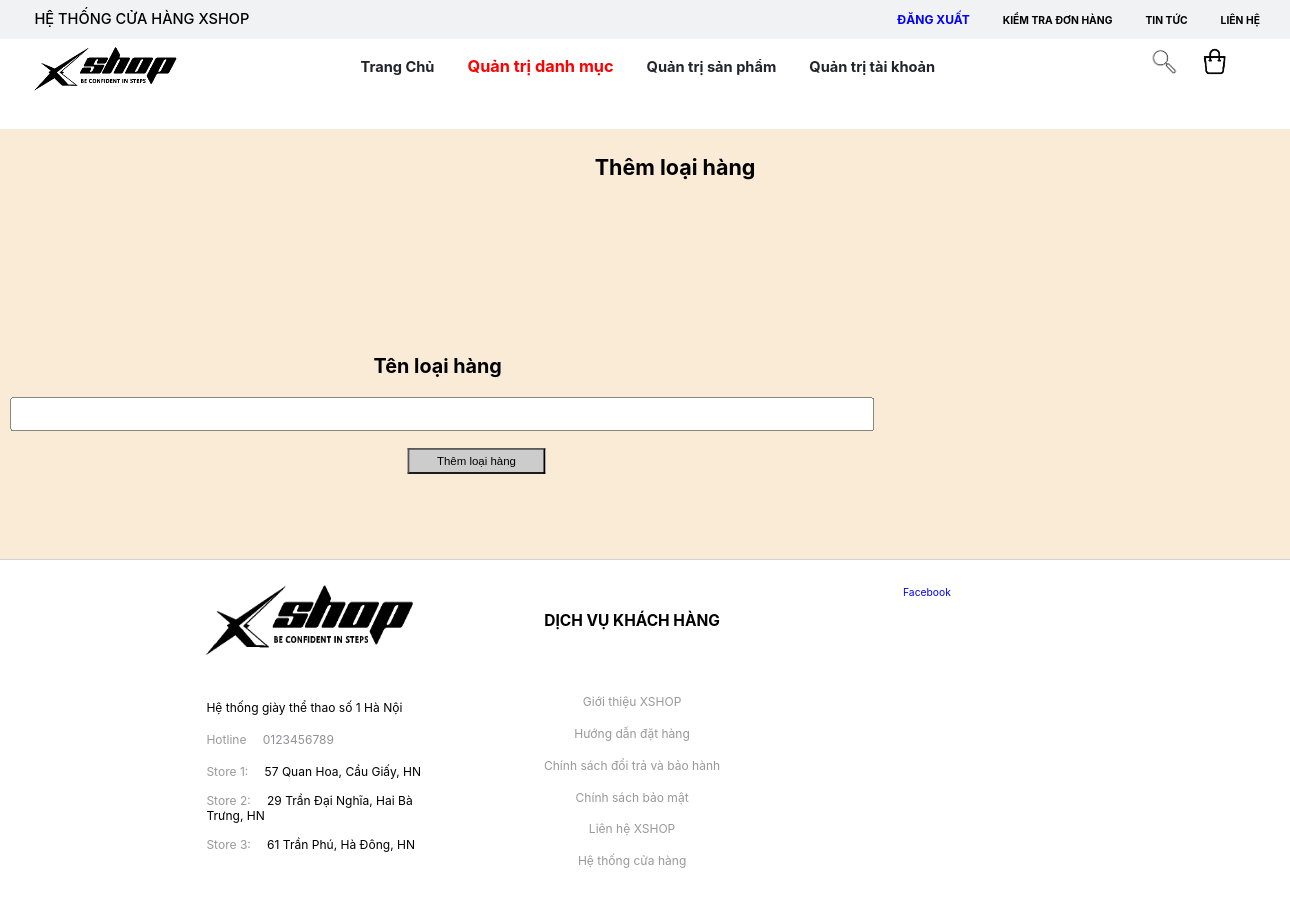
Repository: tienaq123/dam
Page: http://localhost/ass/ad/themdanhmuc.php
An editor plug-in stored every save of this project. The page is shown before and after the next save, followed by the edit.
The browser window is 1280 px wide. The page is 1500 px wide, so the pictures cover 1500 px, including what lies to the right of the window. The pictures show the whole page, at 86% of full size.
The page is run by PHP 8.4 with error messages shown; the project is at /var/www/html/.

Above is the page before, as saved 2021-10-14 06:10:32.

After the next save:
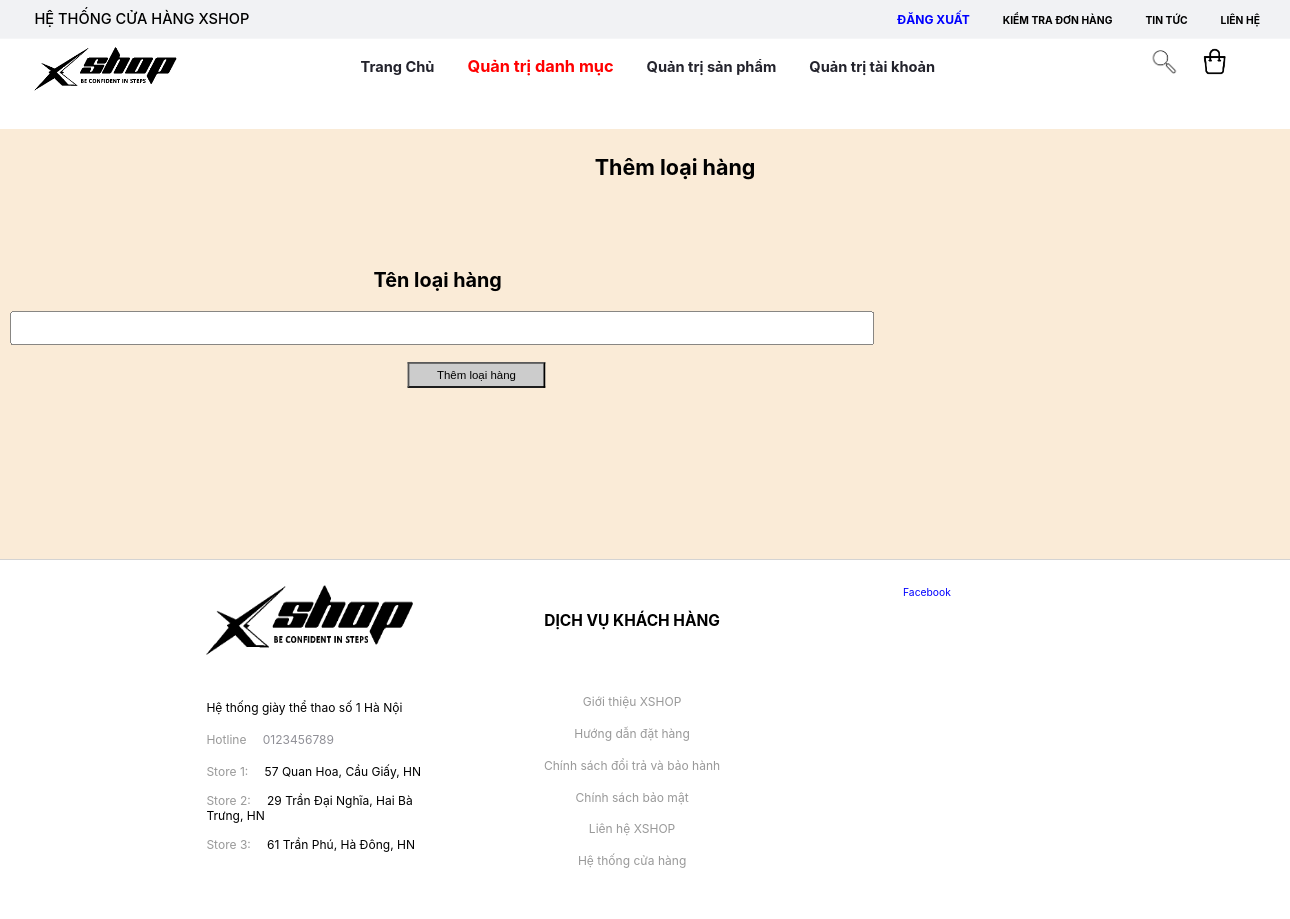
Saved 9 s later.
--- a/ad/themdanhmuc.php
+++ b/ad/themdanhmuc.php
@@ -48,7 +48,7 @@
         <!-- END HEADER -->
 
         <main>
-            <h2 style="font-size: 25px; padding-top: 30px; margin-left: 70px; margin-bottom: 200px;">Thêm loại hàng</h2>
+            <h2 style="font-size: 25px; padding-top: 30px; margin-left: 70px; margin-bottom: 100px;">Thêm loại hàng</h2>
             <form action="" method="POST">
                 <table>
                     <tr>
